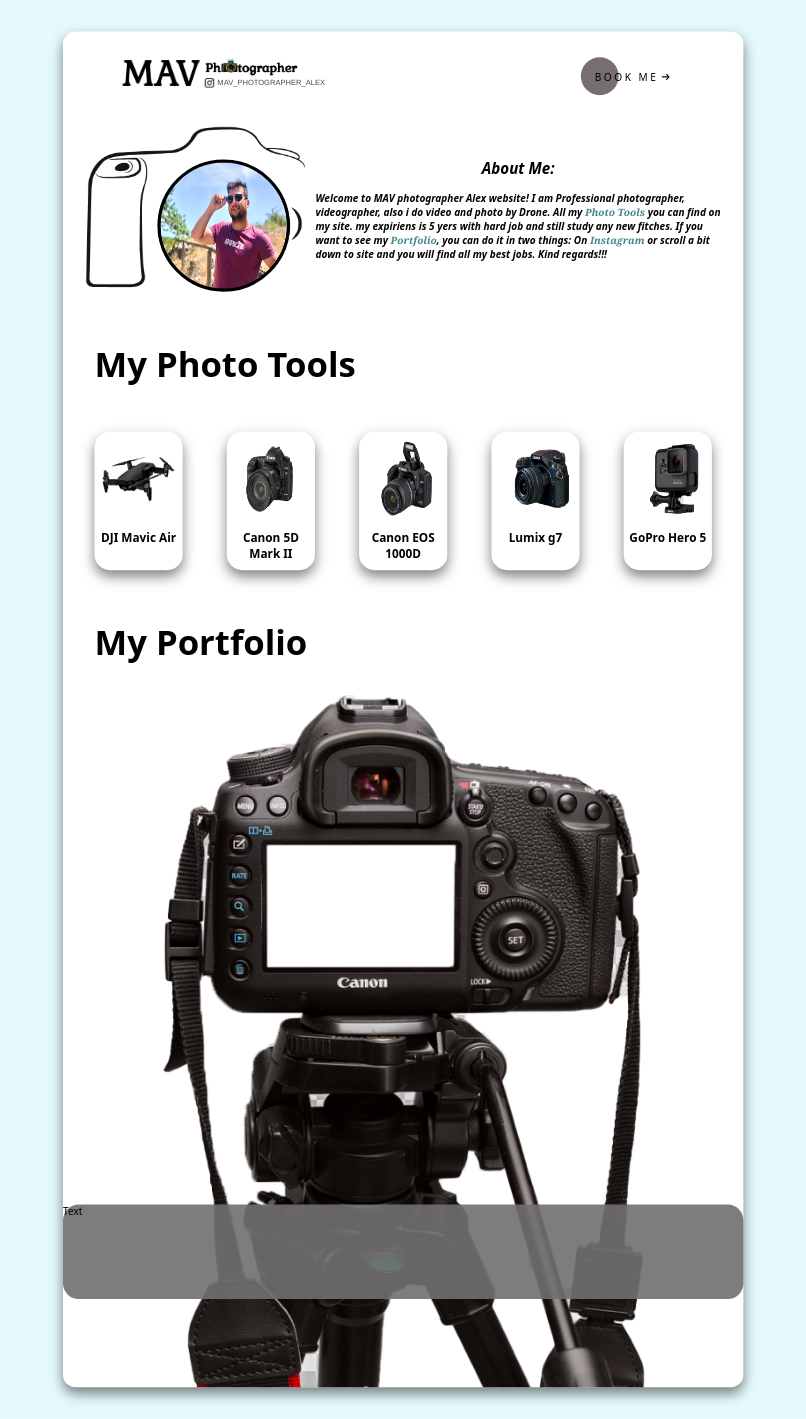
Repository: Dekabrist94/MAV
Page: /
The author's editor kept a copy of each file at every save. The page is drawn from the files as they stood at one save, then again after a run of saves.
The browser window is 1280 px wide. The pictures show the whole page, at 63% of full size.
The project was rebuilt for these pictures with package versions that can differ from the ones it lists, and the page was loaded fresh each time.

Above is the page before, as saved 2023-03-11 17:33:45.

### src/index.js
import React from 'react';
import ReactDOM from 'react-dom/client';
import './index.scss';
import App from './App';
import reportWebVitals from './reportWebVitals';

const root = ReactDOM.createRoot(document.getElementById('root'));
root.render(
  <React.StrictMode>
    <App />
  </React.StrictMode>,
);

// If you want to start measuring performance in your app, pass a function
// to log results (for example: reportWebVitals(console.log))
// or send to an analytics endpoint. Learn more: https://bit.ly/CRA-vitals
reportWebVitals();

### src/index.scss
.aboutLinks {
  color: rgb(68, 132, 141);
  text-decoration: none;
  font-family: Georgia, 'Times New Roman', Times, serif;
  transition: all 0.3s ease;
}

.aboutLinks:hover {
  color: rgb(235, 17, 82);
  text-decoration: none;
  font-family: Georgia, 'Times New Roman', Times, serif;
}

body {
  margin: 0;
  font-family: system-ui;
  -webkit-font-smoothing: antialiased;
  -moz-osx-font-smoothing: grayscale;
  background-color: rgb(12, 213, 240, 0.1);
}

.wrapper {
  background: #ffffff;
  box-shadow: 0px 10px 20px rgba(0, 0, 0, 0.5);
  border-radius: 20px;
  max-width: 1080px;
  margin: 50px auto;
}

header {
  padding: 40px;
  margin: 50px;
  display: flex;
  justify-content: space-between;
}

img {
  margin-right: 5px;
}

.headerLeft {
  display: flex;
  align-items: center;
}

.underLogoLink {
  color: black;
  opacity: 70%;
  font-family: 'Franklin Gothic Medium', 'Arial Narrow', Arial, sans-serif;
  text-decoration: none;
  transition: all 0.2s ease;
  text-transform: uppercase;
  font-size: 12px;
}
.underLogoLink:hover {
  opacity: 100%;
  transition: all 0.2s ease;
}
.instaLink {
  display: flex;
  margin-top: -3px;
  align-items: center;
}

.bookMe {
  margin-top: 20px;
}

h3,
p {
  margin: 0;
}

.aboutMe {
  margin-left: 150px;
  position: relative;
  display: flex;

  align-items: center;
  justify-content: space-between;
}

.camera {
  top: -50px;
  left: -190px;
  position: absolute;
}
.avatar {
  border-radius: 50%;
  border: 5px black solid;
  z-index: 1;
  transition: all 0.4s ease;

  cursor: pointer;
}
.avatar:hover {
  transition: all 0.4s ease;
  transform: scale(1.05);
  cursor: pointer;
}

.textAboutCenter {
  text-align: center;
  font-style: italic;
}
.textAbout {
  padding-bottom: 50px;
  padding-left: 5%;
  padding-right: 5%;
  text-align: left;
  font-style: italic;
}
.cardContainer {
  display: flex;
  padding: 15px;
}
.card {
  height: 220px;
  width: 140px;
  margin: 0 auto;
}

.cardBorder {
  border-radius: 25px;
  box-shadow: 0px 10px 20px rgba(0, 0, 0, 0.5);
}

.cardStyle {
  padding-top: 15px;
  text-align: center;
}

.CaptionTools {
  padding-left: 50px;
  font-size: 55px;
}

.Portfolio {
}

.captionPortfolio {
  padding-top: 15px;
  padding-left: 50px;
  font-size: 55px;
}

.mainCamera {
  margin: 0 auto;
  align-items: center;
  display: flex;
}

.cameraSlider {
  margin: 0 auto;
  z-index: 2;
}

.contContainer {
  position: relative;
}

.background {
  position: absolute;
  background: rgba(112, 111, 111, 0.9);
  width: 100%;
  height: 150px;
  margin: -290px auto;
  z-index: 3;
  border-radius: 25px;
}

// .contContainer {
//   background: rgba(26, 25, 25, 0.6);
//   border-radius: 25px;
//   padding: 15px;
//   margin: 0px 15px auto;
//   z-index: 3;
// }
// .contacts {
//   display: flex;
//   margin: 0 auto;
//   justify-content: space-between;
//   z-index: 4;
// }

// li {
//   list-style-type: none;
//   z-index: 5;
// }

// .qrcode {
//   border-radius: 25px;
// }

### src/App.js
import { Header } from './pages/Header';
import { PhotoTools } from './pages/PhotoTools';
import { AboutMe } from './pages/AboutMe';
import mainCamera from './assets/img/mainCamera.png';
function App() {
  return (
    <div className="wrapper">
      <Header />
      <AboutMe />
      <PhotoTools />

      <section className="Portfolio">
        <h1 className="captionPortfolio">My Portfolio</h1>
        <div className="slider">
          <div className="mainCamera">
            <img className="cameraSlider" width={800} height={1100} src={mainCamera} />
          </div>
        </div>
      </section>

      <section className="contContainer">
        <div className="background">Text</div>
      </section>

      {/* <section className="contContainer">
        <div>
          <h1 className="contCaption">Contacts</h1>
          <ul className="contacts">
            <li>
              <a href="https://www.instagram.com/palazzagofotografo/" target="_blank">
                <img
                  className="qrcode"
                  src="http://qrcoder.ru/code/?https%3A%2F%2Fwww.instagram.com%2Fpalazzagofotografo%2F&3&0"
                  width="123"
                  height="123"
                  title="Instagram QR Code"
                />
              </a>
              <h4 align="center">Instagram</h4>
            </li>
            <li>
              <a href="https://wa.me/+393519741841" target="_blank">
                <img
                  className="qrcode"
                  src="http://qrcoder.ru/code/?https%3A%2F%2Fwa.me%2F%2B393519741841&3&0"
                  width="123"
                  height="123"
                  title="WhatsApp QR Code"
                />
              </a>
              <h4 align="center">WhatsApp</h4>
            </li>
            <li>
              <a href="https://t.me/mavphotographeralex" target="_blank">
                <img
                  className="qrcode"
                  src="http://qrcoder.ru/code/?https%3A%2F%2Ftelegram.me%2F%40mavphotographer&4&0"
                  width="123"
                  height="123"
                  title="Telegram QR Code"
                />
              </a>
              <h4 align="center">Telegram</h4>
            </li>
          </ul>
        </div>
      </section> */}
    </div>
  );
}

export default App;

### src/pages/Header.jsx
import PHOTOGRAPHER from '../assets/img/photographer.png';
import InstaLogo from '../assets/img/instagram.png';
import MAV from '../assets/img/MAV.png';
import '../index.scss';
import { CustomButton } from '../components/button UI';
export const Header = () => {
  return (
    <header>
      <div className="headerLeft">
        <img width={130} height={50} src={MAV} alt="logo" />
        <div className="headerInfo">
          <img width={150} height={30} src={PHOTOGRAPHER} alt="logo" />
          <div className="instaLink">
            <img width={15} height={15} src={InstaLogo} alt="Instagram" />
            <a href="#" className="underLogoLink">
              mav_photographer_alex
            </a>
          </div>
        </div>
      </div>
      <div className="bookMe">
        <CustomButton text="BOOK ME" style="link" />
      </div>
    </header>
  );
};

### src/pages/PhotoTools.jsx
import Drone from '../assets/img/mavicAir.png';
import Mark from '../assets/img/5dmark.png';
import CanonD from '../assets/img/1000d.png';
import Lumix from '../assets/img/lumix.png';
import Hero5 from '../assets/img/hero5.png';

import '../index.scss';

export const PhotoTools = () => {
  return (
    <section className="PhotoTools">
      <aside>
        <h1 className="CaptionTools">My Photo Tools</h1>
      </aside>
      <div className="cardContainer">
        <div className="card cardBorder">
          <img className="cardStyle" width={140} height={120} src={Drone} alt="card" />
          <p className="cardStyle">
            <h3>DJI Mavic Air</h3>
          </p>
        </div>
        <div className="card cardBorder">
          <img className="cardStyle" width={140} height={120} src={Mark} alt="card" />
          <p className="cardStyle">
            <h3>Canon 5D Mark II</h3>
          </p>
        </div>
        <div className="card cardBorder">
          <img className="cardStyle" width={160} height={120} src={CanonD} alt="card" />
          <p className="cardStyle">
            <h3>Canon EOS 1000D</h3>
          </p>
        </div>
        <div className="card cardBorder">
          <img className="cardStyle" width={160} height={120} src={Lumix} alt="card" />
          <p className="cardStyle">
            <h3>Lumix g7</h3>
          </p>
        </div>
        <div className="card cardBorder">
          <img className="cardStyle" width={160} height={120} src={Hero5} alt="card" />
          <p className="cardStyle">
            <h3>GoPro Hero 5</h3>
          </p>
        </div>
      </div>
    </section>
  );
};

### src/pages/AboutMe.jsx
import '../index.scss';
import Camera from '../assets/img/camera.png';
import AVATAR from '../assets/img/AVATAR.jpg';
export const AboutMe = () => {
  return (
    <section className="aboutMe">
      <img className="avatar" width={200} height={200} src={AVATAR} alt="AVATAR" />
      <img className="camera" width={500} height={302} src={Camera} alt="Camera" />

      <div>
        <h1 className="textAboutCenter">About Me:</h1>
        <h4 className="textAbout">
          Welcome to MAV photographer Alex website! I am Professional photographer, videographer,
          also i do video and photo by Drone. All my{' '}
          <a className="aboutLinks" href="#">
            Photo Tools
          </a>{' '}
          you can find on my site. my expiriens is 5 yers with hard job and still study any new
          fitches. If you want to see my{' '}
          <a className="aboutLinks" href="#">
            Portfolio
          </a>
          , you can do it in two things: On{' '}
          <a className="aboutLinks" href="#">
            Instagram
          </a>{' '}
          or scroll a bit down to site and you will find all my best jobs. Kind regards!!!
        </h4>
      </div>
    </section>
  );
};

### src/components/button UI/index.jsx
import styles from './Button.module.css';
import React from 'react';

export const CustomButton = ({ type, text, link, style }) => {
  if (style === 'btn') {
    return (
      <button className={`${styles.button} ${styles.buttonBtn}`} type={type}>
        <span>{text}</span>
        <svg width="13px" height="10px" viewBox="0 0 13 10">
          <path d="M1,5 L11,5"></path>
          <polyline points="8 1 12 5 8 9"></polyline>
        </svg>
      </button>
    );
  } else if (style === 'link') {
    return (
      <a
        href={link}
        className={`${styles.button} ${styles.buttonLink}`}
        target="_blank"
        rel="noreferrer">
        <span>{text}</span>
        <svg width="13px" height="10px" viewBox="0 0 13 10">
          <path d="M1,5 L11,5"></path>
          <polyline points="8 1 12 5 8 9"></polyline>
        </svg>
      </a>
    );
  }
  return <button>{text}</button>;
};

### src/components/button UI/Button.module.css
.button {
  position: relative;
  margin: auto;
  padding: 19px 22px;
  transition: all 0.2s ease;
  cursor: pointer;
}
.button:before {
  content: '';
  position: absolute;
  top: 0;
  left: 0;
  display: block;
  border-radius: 50%;

  width: 60px;
  height: 60px;
  transition: all 0.5s ease;
}
.buttonLink:before {
  background: rgb(119, 111, 111);
}
.buttonBtn:before {
  background: rgba(255, 165, 45, 0.5);
}
.button span {
  position: relative;
  font-size: 16px;
  line-height: 18px;
  font-weight: 400;
  letter-spacing: 4px;
  text-transform: uppercase;
  vertical-align: middle;
  transition: color 0.5s ease;
}
.button:hover span {
  color: #fff;
}
.button svg {
  position: relative;
  top: 0;
  margin-left: 10px;
  fill: none;
  stroke-linecap: round;
  stroke-linejoin: round;
  stroke: #111;
  stroke-width: 2;
  transform: translateX(-5px);
  transition: all 0.5s ease;
}
.button:hover:before {
  width: 100%;
  border-radius: 50px;
}
.buttonLink:hover:before {
  background: black;
}
.buttonBtn:hover:before {
  background: rgb(255, 165, 45);
}
.button:hover svg {
  transform: translateX(0);
  stroke: #fff;
}
.button:active {
  transform: scale(0.96);
}

Loaded but not shown: public/index.html (common file); src/reportWebVitals.js (common file)

After the next 2 saves:
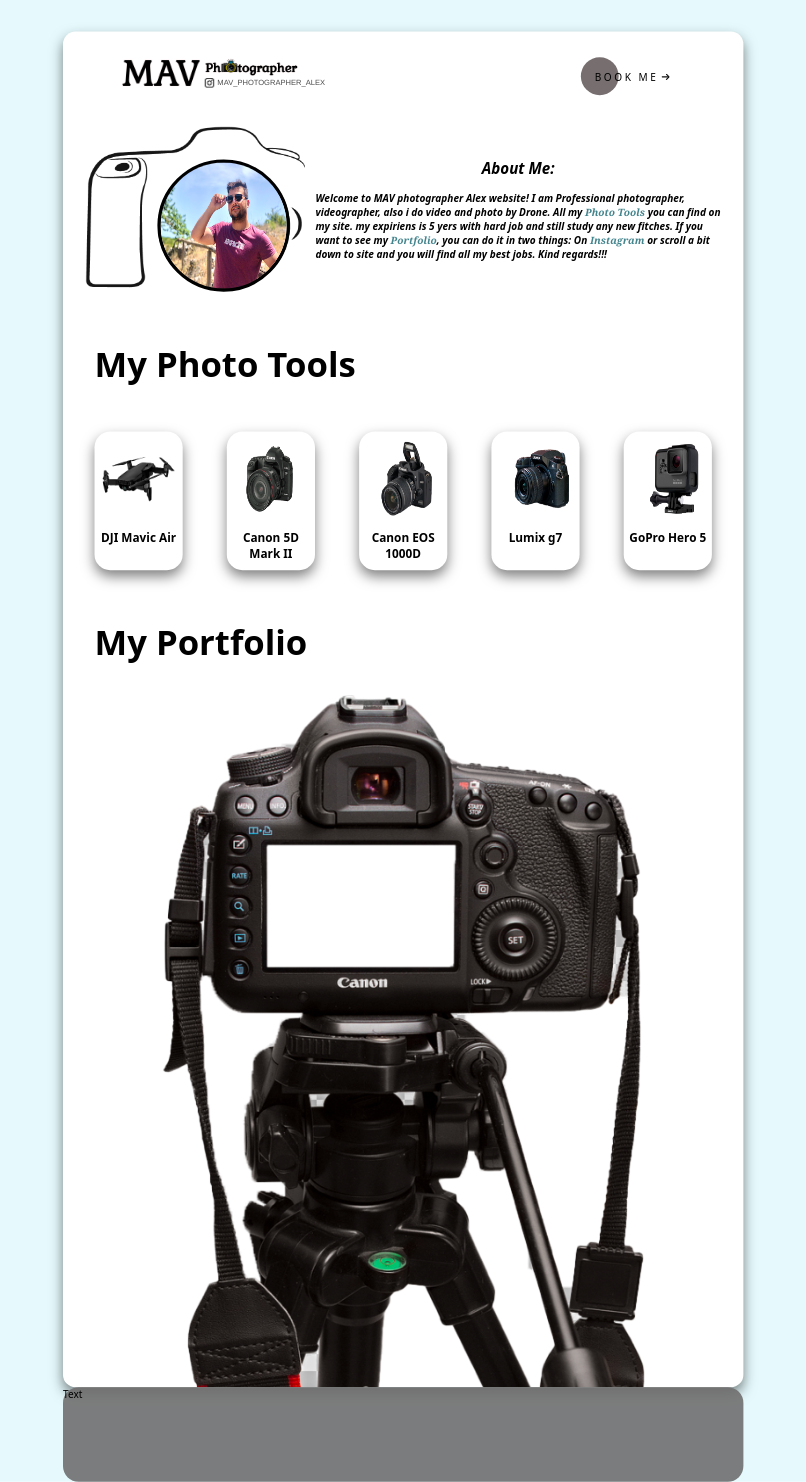
The 2 saves are shown as one change because they came seconds apart.
The last was saved 9 s later.
--- a/src/index.scss
+++ b/src/index.scss
@@ -164,7 +164,7 @@
   background: rgba(112, 111, 111, 0.9);
   width: 100%;
   height: 150px;
-  margin: -290px auto;
+  margin: -290px 0px 15px 15px auto;
   z-index: 3;
   border-radius: 25px;
 }

After the 2 saves that followed:
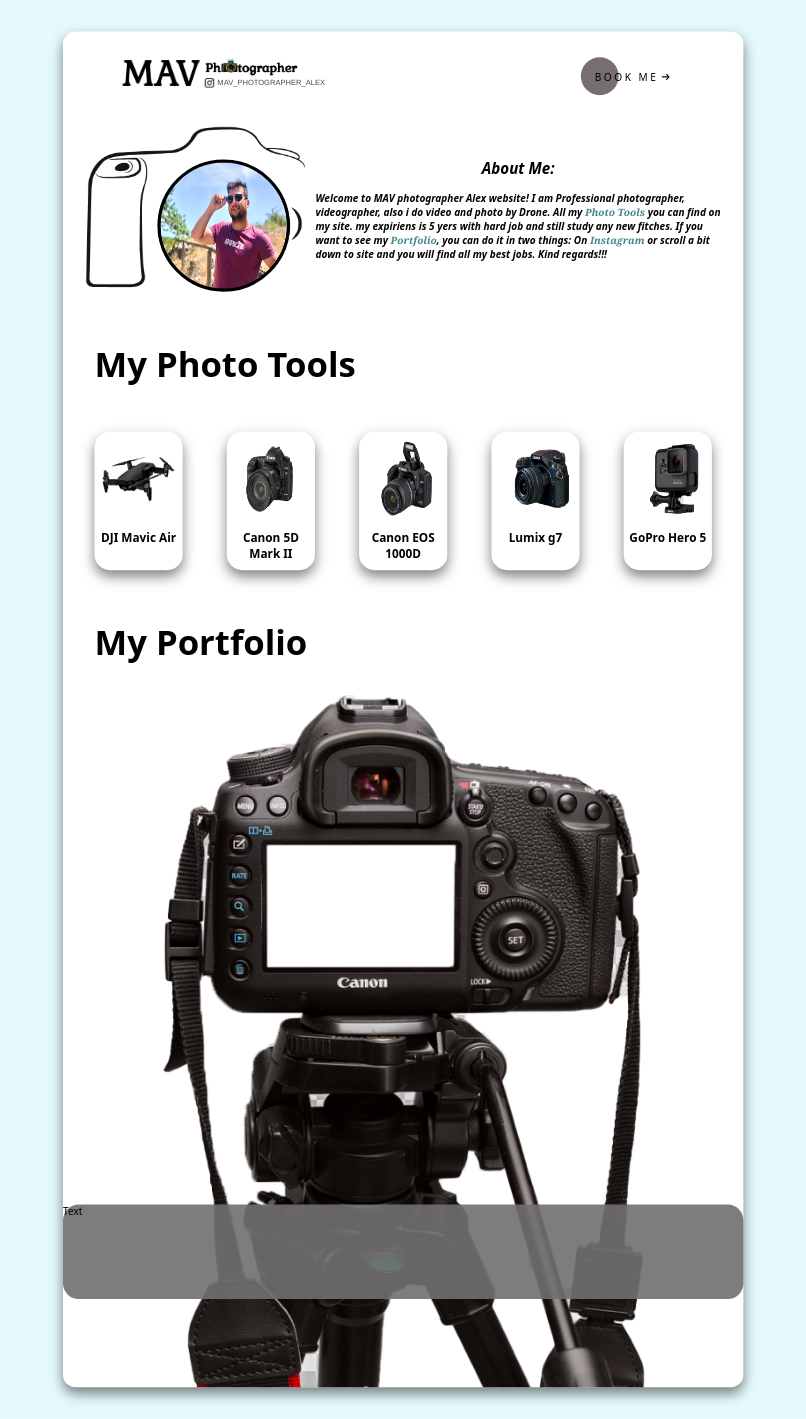
The 2 saves are shown as one change because they came seconds apart.
The last was saved 7 s later.
--- a/src/index.scss
+++ b/src/index.scss
@@ -164,7 +164,7 @@
   background: rgba(112, 111, 111, 0.9);
   width: 100%;
   height: 150px;
-  margin: -290px 0px 15px 15px auto;
+  margin: -290px auto;
   z-index: 3;
   border-radius: 25px;
 }
